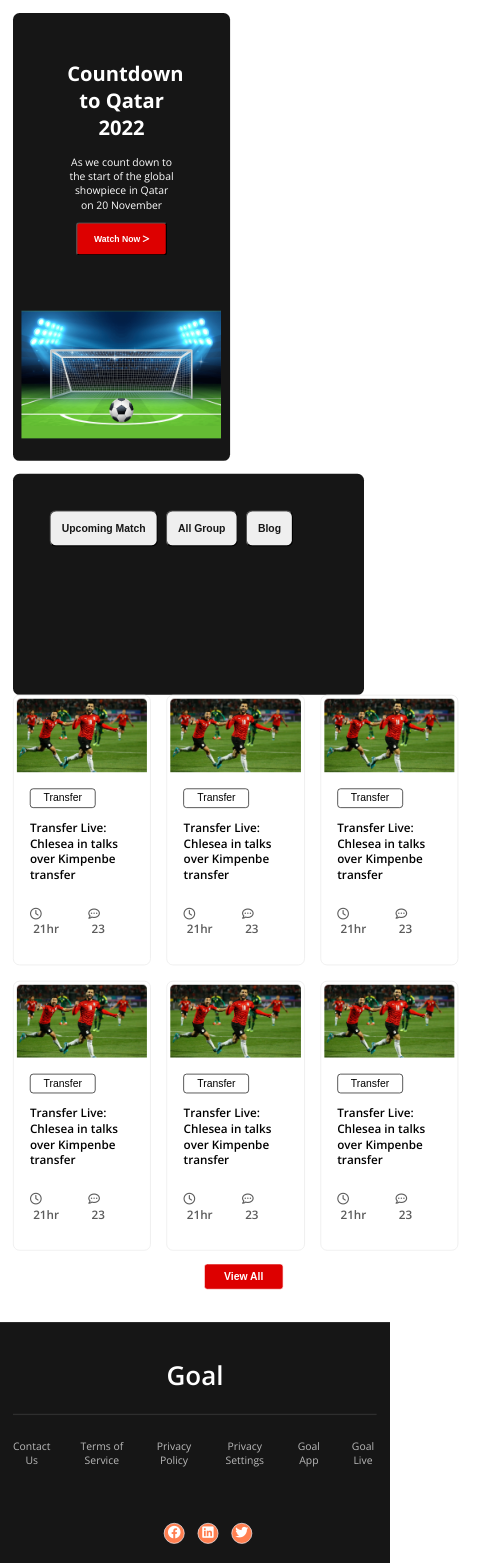
Repository: zjria/Qatar-world-cup
Page: index.html
These files come from the project's save history. The page is drawn as it stood at one moment and after the next save; the edit follows.
The browser window is 600 px wide. The page is 750 px wide, so the pictures cover 750 px, including what lies to the right of the window. The pictures show the whole page, at 65% of full size.

Above is the page before, as saved 2022-09-10 19:37:09.

### index.html
<!DOCTYPE html>
<html lang="en">

<head>
    <meta charset="UTF-8">
    <meta http-equiv="X-UA-Compatible" content="IE=edge">
    <meta name="viewport" content="width=device-width, initial-scale=1.0">
    <title>QATAR WORLD CUP</title>
    <!-- Font Awesome CDN Link -->
    <link rel="stylesheet" href="https://cdnjs.cloudflare.com/ajax/libs/font-awesome/6.2.0/css/all.min.css"
        integrity="sha512-xh6O/CkQoPOWDdYTDqeRdPCVd1SpvCA9XXcUnZS2FmJNp1coAFzvtCN9BmamE+4aHK8yyUHUSCcJHgXloTyT2A=="
        crossorigin="anonymous" referrerpolicy="no-referrer" />
    <!-- Font Awesome CDN Link -->
    <link rel="stylesheet" href="https://cdnjs.cloudflare.com/ajax/libs/font-awesome/6.2.0/css/all.min.css"
        integrity="sha512-xh6O/CkQoPOWDdYTDqeRdPCVd1SpvCA9XXcUnZS2FmJNp1coAFzvtCN9BmamE+4aHK8yyUHUSCcJHgXloTyT2A=="
        crossorigin="anonymous" referrerpolicy="no-referrer" />
    <!-- Custom CSS -->
    <link rel="stylesheet" href="style.css">

</head>

<body>
    <!-- <h1 style="text-align:center;">Allahu Akber</h1> -->


    <!-- Header Section -->
    <header class="header-container">

        <div class="header-text">
            <h1>Countdown to Qatar 2022</h1>
            <p>As we count down to the start of the global showpiece in Qatar on 20 November</p>
            <button>Watch Now <i class="fa-solid fa-greater-than"></i> </button>
        </div>

        <div class="header-img">
            <marquee behavior="alternate" scrollamount="0" direction="">
                <marquee behavior="alternate" scrollamount="0" direction="">
                    <img src="images/Ball.png" class="ball" alt="">
                </marquee>

            </marquee>

        </div>


    </header>


    <!-- Nav Section start HTML -->
    <div class="nav-container">
        <nav class="nav-section">
            <div class="all-button">
                <button><a href="match.html">Upcoming Match</a></button>
                <button><a href="#">All Group</a></button>
                <button><a href="index.html">Blog</a></button>
            </div>
        </nav>

        <!-- Main Section Start HTML  -->
        <main class="main-section">
            <div class="transfer">
                <img src="images/Blog Image.png" alt=""> <br>
                <div class="button-text">
                    <button>Transfer</button>
                    <p>Transfer Live: Chlesea in talks over Kimpenbe transfer</p>
                    <div class="icons">
                        <p><i class="fa-regular fa-clock"></i> <span>21hr</span></p>
                        <p><i class="fa-regular fa-comment-dots"></i> <span> 23</span></p>
                    </div>
                </div>
            </div>
            <div class="transfer">
                <img src="images/Blog Image.png" alt=""> <br>
                <div class="button-text">
                    <button>Transfer</button>
                    <p>Transfer Live: Chlesea in talks over Kimpenbe transfer</p>
                    <div class="icons">
                        <p><i class="fa-regular fa-clock"></i> <span>21hr</span></p>
                        <p><i class="fa-regular fa-comment-dots"></i> <span> 23</span></p>
                    </div>
                </div>
            </div>
            <div class="transfer">
                <img src="images/Blog Image.png" alt=""> <br>
                <div class="button-text">
                    <button>Transfer</button>
                    <p>Transfer Live: Chlesea in talks over Kimpenbe transfer</p>
                    <div class="icons">
                        <p><i class="fa-regular fa-clock"></i> <span>21hr</span></p>
                        <p><i class="fa-regular fa-comment-dots"></i> <span> 23</span></p>
                    </div>
                </div>
            </div>
            <div class="transfer">
                <img src="images/Blog Image.png" alt=""> <br>
                <div class="button-text">
                    <button>Transfer</button>
                    <p>Transfer Live: Chlesea in talks over Kimpenbe transfer</p>
                    <div class="icons">
                        <p><i class="fa-regular fa-clock"></i> <span>21hr</span></p>
                        <p><i class="fa-regular fa-comment-dots"></i> <span> 23</span></p>
                    </div>
                </div>
            </div>
            <div class="transfer">
                <img src="images/Blog Image.png" alt=""> <br>
                <div class="button-text">
                    <button>Transfer</button>
                    <p>Transfer Live: Chlesea in talks over Kimpenbe transfer</p>
                    <div class="icons">
                        <p><i class="fa-regular fa-clock"></i> <span>21hr</span></p>
                        <p><i class="fa-regular fa-comment-dots"></i> <span> 23</span></p>
                    </div>
                </div>
            </div>
            <div class="transfer">
                <img src="images/Blog Image.png" alt=""> <br>
                <div class="button-text">
                    <button>Transfer</button>
                    <p>Transfer Live: Chlesea in talks over Kimpenbe transfer</p>
                    <div class="icons">
                        <p><i class="fa-regular fa-clock"></i> <span>21hr</span></p>
                        <p><i class="fa-regular fa-comment-dots"></i> <span> 23</span></p>
                    </div>
                </div>
            </div>
        </main>
    </div>

    <!-- Only Table -->
    <div class="view-all">
        <Button>View All</Button>
    </div>

    <!-- Footer Section start -->
    <div class="footer-container">
        <div class="footer">
            <h2>Goal</h2>
            <hr>
            <div class="footer-text">
                <ul>
                    <li>Contact Us</li>
                    <li>Terms of Service</li>
                    <li>Privacy Policy</li>
                    <li>Privacy Settings</li>
                    <li>Goal App</li>
                    <li>Goal Live</li>
                </ul>
            </div>
        </div>
        <!-- Social Icons start -->
        <div class="social-icons">
            <ul>
                <li><a href="https://web.facebook.com/profile.php?id=100010388645936"><i
                            class="fa-brands fa-facebook"></i></a></li>
                <li><a href="https://www.linkedin.com/in/web-developer-zj/"><i class="fa-brands fa-linkedin"></i></a>
                </li>
                <li><a href="https://twitter.com/webdeveloper_zj"><i class="fa-brands fa-twitter"></i></a></li>
            </ul>
        </div>
    </div>
</body>

</html>

### style.css
/* Google Fonts Link */
@import url('https://fonts.googleapis.com/css2?family=Open+Sans:wght@300;400;500;600;700&family=Poppins:wght@500&family=Roboto:wght@100;300;400;500;700;900&display=swap');

body {
    font-family: 'Open Sans', sans-serif;
    margin: 0%;
    padding: 0%;
    background-color: white;
}

/* Header Section */

.header-container {
    display: flex;
    border-radius: 10px;
    margin-bottom: 130px;
    margin: 20px;
    background: #161616;
}

.header-container .header-text {
    color: #FFFFFF;
    padding: 50px;
    width: 50%;

}

.header-container .header-text h1 {
    font-size: 42px;
    bottom: 20px;
}

.header-container .header-text p {
    font-size: 16px;
}

.header-container .header-text button {
    background: #DD0000;
    border-radius: 5px;
    padding: 16px 25px;
    color: white;
    font-weight: 700;
}

.header-img {
    background: url(images/goal-bar.png);
    background-repeat: no-repeat;
    background-position: center;
    background-size: 90%;
    width: 50%;
}

.header-img .ball {
    justify-content: center;
    align-items: center;
    margin: 0 auto;
    display: flex;
    margin-top: 54%;
}

.header-img img {
    width: 10%;
}

.ball {
    transition: transform 0.3s ease-out;
}

.header-img:hover .ball {
    transform: rotate(90deg);
    transform: translate(280px, -50%);
    padding-top: -60px;
    transform: scale(0.5) translate(-100%, -100%) rotate(0.5turn);

}


/* Nav Section Start */

.nav-container {
    display: flex;
    margin: 20px;
    flex-direction: column;
}

.nav-section {
    background: #161616;
    border-radius: 10px;
    margin-right: 24px;
    width: 500px;
    height: 300px;
}

.all-button {
    display: flex;
    flex-direction: column;
    margin: 30px 30px 0px 30px;
}

.all-button button {
    padding: 17px;
    margin-bottom: 20px;
    border-radius: 10px;
    font-weight: 700;
    font-size: 16px;
}

.all-button button a {
    text-decoration: none;
    color: #161616;
}

.all-button button:hover {
    background-color: #DD0000;
    color: white;
}

/* Main Section */
.main-section {
    display: grid;
    grid-template-columns: repeat(3, 1fr);
    grid-column-gap: 24px;
    grid-row-gap: 24px;
}

.transfer {
    border: 1px solid #E8E8E8;
    border-radius: 10px;
    padding: 5px;
}

.transfer .match-vs {
    display: flex;
    justify-content: center;
    align-items: center;
    text-align: center;
}

.transfer .match-text {
    justify-content: center;
    align-items: center;
    text-align: center;
}

.transfer span {
    padding: 0 5px;
}

.button-text {
    padding: 20px;
}

.button-text button {
    padding: 5px 20px;
    border: 1px solid;
    border-radius: 5px;
    font-size: 16px;
    background-color: white;
}

.button-text p {
    font-size: 18px;
    font-weight: 600;
}

.match-vs #img-style {
    width: 40%;
}

.transfer img {
    width: 100%;
}

.container .nav-section {
    width: 312px;
}

.icons {
    display: flex;
    color: rgba(22, 22, 22, 0.7);
    font-size: 16px;
}

.icons p {
    margin-right: 40px;
}

/* Only Table */
.view-all {
    display: flex;
    justify-content: center;
    margin: 0 auto;
    margin-right: -25%;
}

.view-all button {
    padding: 10px 30px;
    border: 1px solid;
    border-radius: 5px;
    font-size: 16px;
    color: white;
    background-color: #DD0000;
    font-weight: 700;
}



/* Footer Container style start */
.footer-container {
    width: 100%;
    background: #161616;
    margin-top: 50px;
}

.footer hr {
    border: 1px solid rgba(255, 255, 255, 0.1);

}

.footer {
    text-align: center;
    justify-content: center;
    align-items: center;
    margin: 0 auto;
    padding: 20px 0px;
}

.footer hr {
    margin: 0px 20px;
}

.footer-container h2 {
    color: #FFFFFF;
    font-weight: 600;
    font-size: 40px;

}

.footer-container .footer-text {
    color: #FFFFFF;
    text-align: center;
    justify-content: center;
    align-items: center;

}

.footer-container .footer-text ul {
    display: flex;
    text-align: center;
    justify-content: center;
    align-items: center;
    /* margin: 0px 20px; */
    padding: 0px;
}

.footer-container .footer-text ul li {
    text-decoration: none;
    list-style: none;
    margin: 20px 20px;
    color: #B9B9B9;
    font-size: 16px;
}

/* Social Icons style start */
.social-icons {
    color: white;
    font-size: 20px;
    margin: 0 auto;
    text-align: center;
    justify-content: center;
    align-items: center;
    display: flex;
}

.social-icons ul {
    display: flex;
}

.social-icons ul li {
    background-color: coral;
    border-radius: 50%;
    width: 30px;
    height: 30px;
    border: 1px solid ghostwhite;
    list-style: none;
    margin: 10px;

}

.social-icons ul li a {
    color: white;
}

/* Media Query styles */
@media only screen and (max-width: 688px) {
    .header-container .header-text h1 {
        font-size: 31px;
        bottom: 20px;
    }

    .header-container {
        /* display: flex; */
        /* margin: 20px; */
        /* background: #161616; */
        flex-direction: column;
        text-align: center;
        align-items: center;
        width: 334px;
    }

    .header-img .ball {
        justify-content: center;
        align-items: center;
        margin: 0 auto;
        display: flex;
        margin-top: 31%;
    }

    .header-img {
        /* background: url(images/goal-bar.png); */
        /* background-repeat: no-repeat; */
        /* background-position: center; */
        background-size: 80%;
        width: 115%;
        padding: 50px 0px;
    }

    .all-button {
        display: flex;
        flex-direction: row;
        margin: 30px 30px 0px 30px;
    }

    .all-button button {
        padding: 17px;
        margin: 6px;
        border-radius: 10px;
        font-weight: 700;
        font-size: 16px;
    }

    .nav-section {
        background: #161616;
        border-radius: 10px;
        margin-right: 45px;
        /* width: 500px; */
        /* height: 300px; */
        padding: 20px;
    }
}

After the next save:
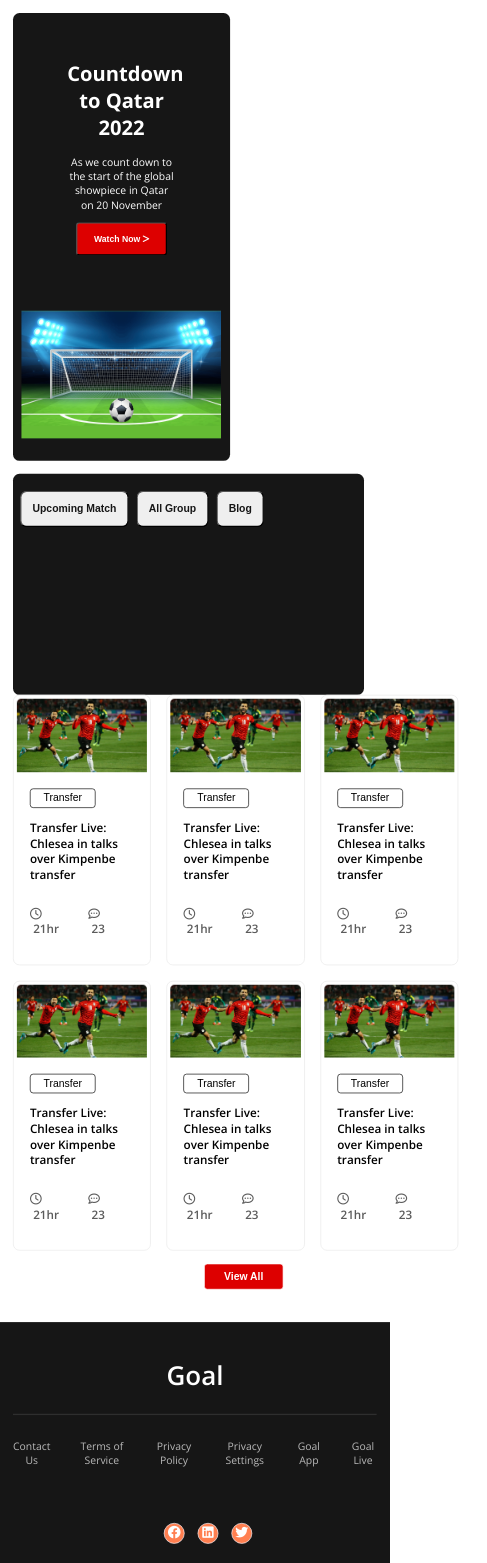
Saved 2 min 25 s later.
--- a/style.css
+++ b/style.css
@@ -328,7 +328,7 @@
     .all-button {
         display: flex;
         flex-direction: row;
-        margin: 30px 30px 0px 30px;
+        margin: 0px 0px 0px -15px;
     }
 
     .all-button button {
